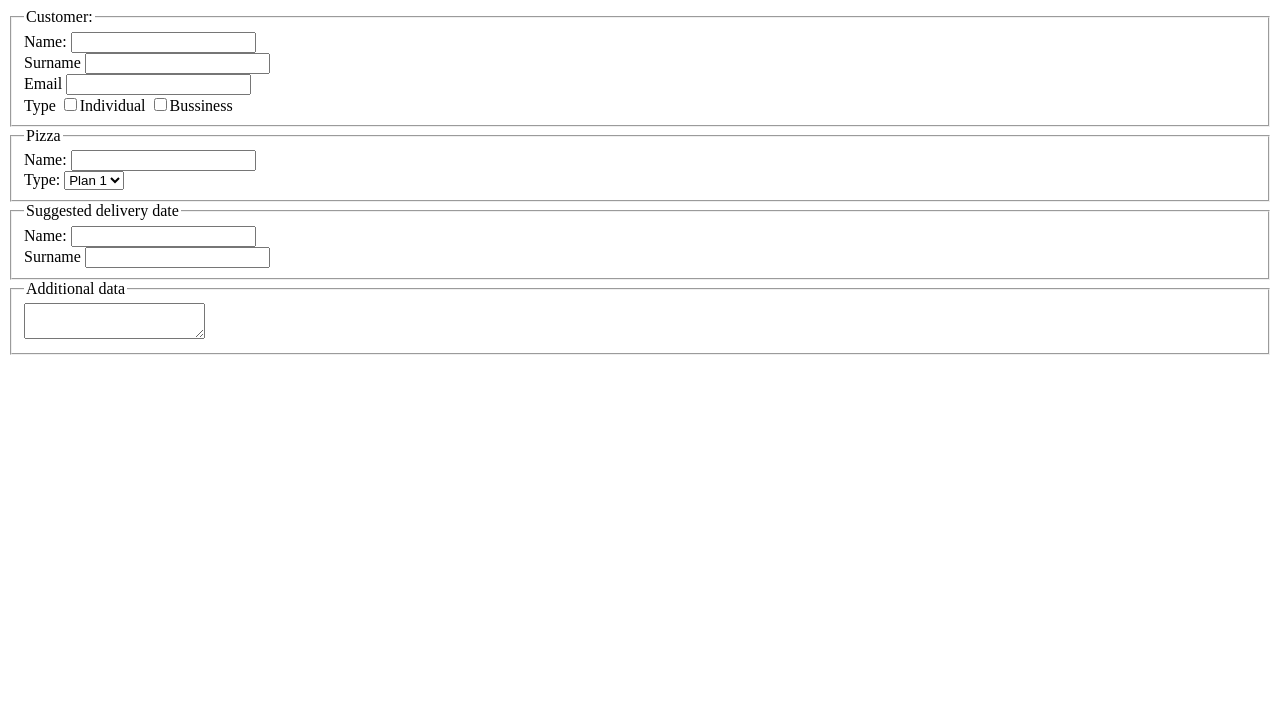
Repository: wisni4k/html-trainee
Page: testWeb/WebContent/Formularz.html
These files come from the project's save history. The page is drawn as it stood at one moment and after the next save; the edit follows.
The browser window is 1280 px wide. The pictures show the whole page.

Above is the page before, as saved 2015-07-10 11:37:16.

### testWeb/WebContent/Formularz.html
<!DOCTYPE html>
<html>
<head>
<meta charset="UTF-8">
<title>Insert title here</title>
</head>
<body>

	<form>
		<fieldset>
			<legend>Customer:</legend>
			Name: <input type="text"><br> Surname <input type="text"><br>
			Email <input type="text"><br> Type <input
				type="checkbox" name="vehicle" value="Bike">Individual <input
				type="checkbox" name="vehicle" value="Car">Bussiness
		</fieldset>

		<fieldset>
			<legend>Pizza</legend>
			Name: <input type="text"><br> Type: <select
				name="decision">
				<option selected>Plan 1
				<option>Plan 2
				<option>Plan 3
				<option>Plan 4
				<option>Plan 5
			</select>
		</fieldset>
		<fieldset>
			<legend>Suggested delivery date</legend>
			Name: <input type="text"><br> Surname <input type="text"><br>
		</fieldset>
		<fieldset>
			<legend>Additional data</legend>
			<textarea>

			</textarea>
		</fieldset>
	</form>


</body>
</html>

After the next save:
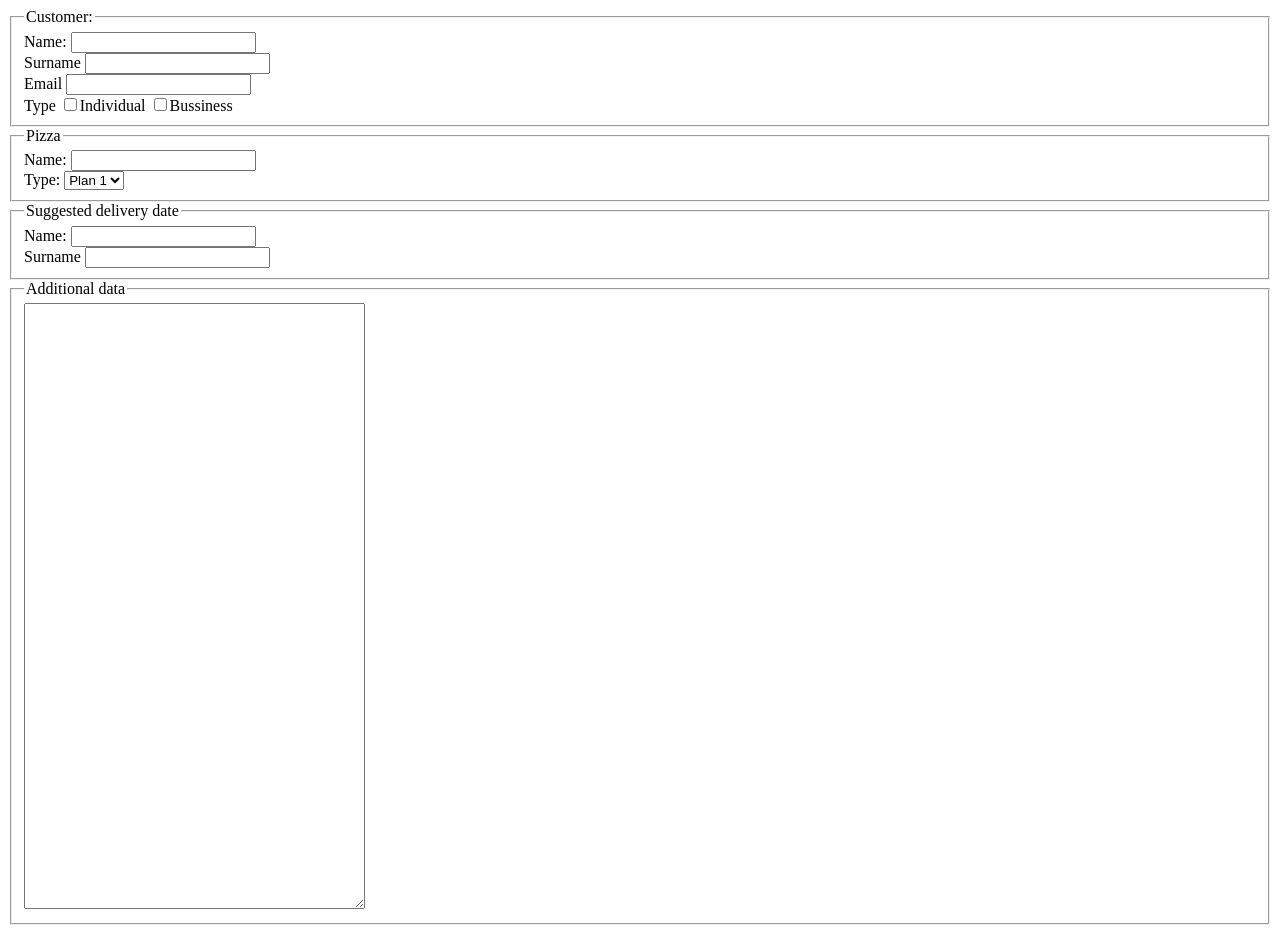
Saved 38 s later.
--- a/testWeb/WebContent/Formularz.html
+++ b/testWeb/WebContent/Formularz.html
@@ -32,7 +32,7 @@
 		</fieldset>
 		<fieldset>
 			<legend>Additional data</legend>
-			<textarea>
+			<textarea name="nazwa" cols="40" rows="40">
 
 			</textarea>
 		</fieldset>
